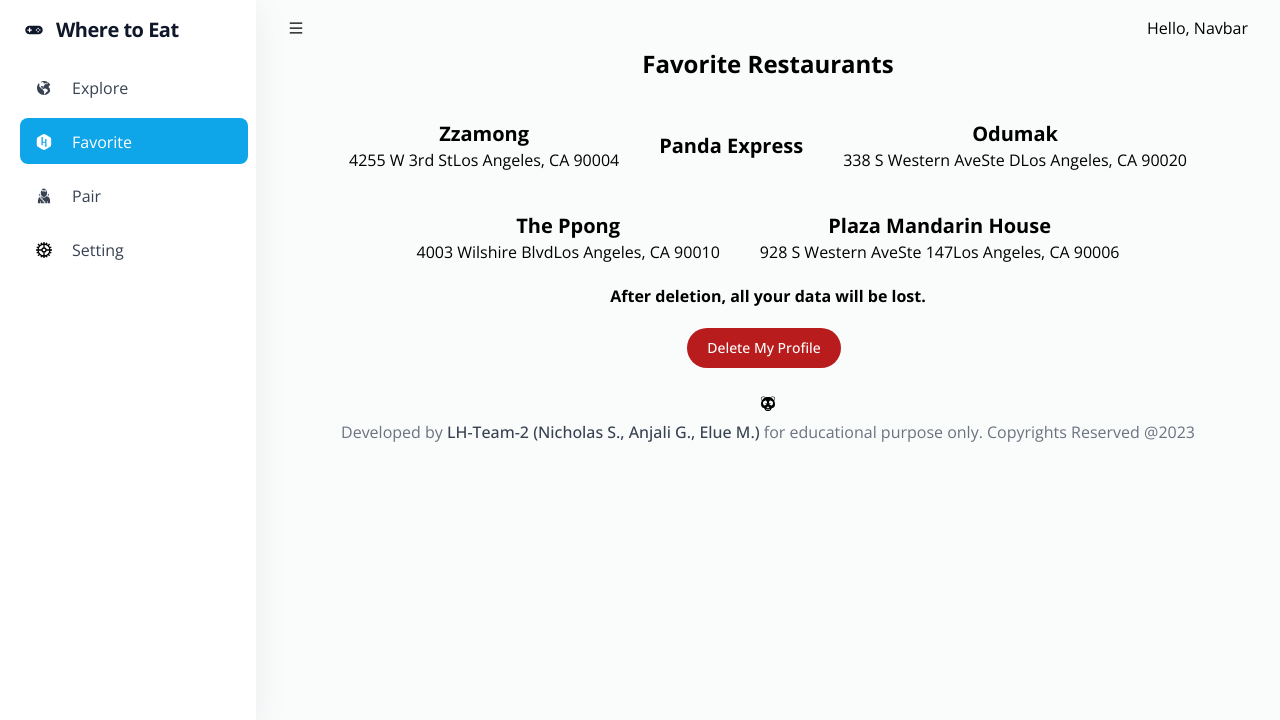
Repository: n-shen/where-to-eat
Page: /favorite (app in client/)
These files come from the project's save history. The page is drawn as it stood at one moment and after the next save; the edit follows.
The browser window is 1280 px wide. The pictures show the whole page.
The page's requests for data from a server got no answer. The project was rebuilt for these pictures with package versions that can differ from the ones it lists, and the page was loaded fresh each time. No one was signed in, and anything a server would have sent is missing. Also part of the build but not shown: client/src/data/cities.js, client/src/components/SearchForm.jsx, client/src/components/SearchResult.jsx, client/src/components/room.jsx, client/src/components/Room/Chat.jsx, client/src/components/Room/Selection.jsx, client/src/components/Room/Intro.jsx, client/src/components/Room/Game.jsx and 5 more.

Above is the page before, as saved 2023-05-05 19:48:17.

### client/src/index.js
import React from "react";
import ReactDOM from "react-dom/client";
import "./index.css";
import App from "./App";
import { ContextProvider } from "./contexts/ContextProvider";

const root = ReactDOM.createRoot(document.getElementById("root"));
root.render(
  <ContextProvider>
    <App />
  </ContextProvider>
);

### client/src/index.css
@import url('https://fonts.googleapis.com/css2?family=Open+Sans:wght@400;500;600;700&display=swap');

body {
  margin: 0;
  padding:0;
  font-family: "Open Sans", sans-serif;
}

@tailwind base;
@tailwind components;
@tailwind utilities;

### client/src/App.js
import React, { useEffect } from "react";
import { BrowserRouter, Routes, Route } from "react-router-dom";

import { Navbar, Sidebar, RoomPage } from "./components";
import {Favorite, Home} from "./pages";

import { useStateContext } from "./contexts/ContextProvider";
import "./App.css";

// import axios from "axios";

function App() {
  const { shared_info, activeMenu } = useStateContext();

  // const baseURL = shared_info.baseURL;

  return (
      <div>
        <BrowserRouter>
          <div className="flex relative dark:bg-main-dark-bg">
            {activeMenu ? (
                <div className="w-64 fixed sidebar dark:bg-secondary-dark-bg bg-white">
                  <Sidebar />
                </div>
            ) : (
                <div className="w-0 dark:bg-secondary-dark-bg">
                  <Sidebar />
                </div>
            )}

            <div
                className={`dark:bg-main-bg bg-main-bg min-h-screen w-full ${
                    activeMenu ? "md:ml-64" : " flex-2"
                }`}
            >
              <div className="fixed md:static bg-main-bg dark:bg-main-dark-bg navbar w-full">
                <Navbar />
              </div>

              <div>
                <Routes>
                  <Route path="/" element={<Home />}></Route>
                  <Route path="/favorite" element={<Favorite />}></Route>
                  <Route path="/room" element={<RoomPage />}></Route>
                </Routes>
              </div>
            </div>
          </div>
        </BrowserRouter>
      </div>
  );
}

export default App;

### client/src/contexts/ContextProvider.jsx
import React, { createContext, useContext, useState } from "react";
import { io } from "socket.io-client";

const StateContext = createContext();

const shared_info = {
  serverURL: "http://localhost:8080",
  apiURL: "http://localhost:8080/api/v1",
};

const socket = io(shared_info.serverURL);

export const ContextProvider = ({ children }) => {
  const [screenSize, setScreenSize] = useState(undefined);
  const [activeMenu, setActiveMenu] = useState(true);
  const [userProfile, setUserProfile] = useState(undefined);
  const [gameBegin, setGameBegin] = useState(false);
  const [gameIntroBegin, setGameIntroBegin] = useState(false);
  const [selectionBegin, setSelectionBegin] = useState(false);
  const [waiting, setWaiting] = useState(false);
  const [partnerReady, setPartnerReady] = useState(false);
  const [partnerAction, setPartnerAction] = useState("");
  const [displayCross, setDisplayCross] = useState(false);
  const [displayFinal, setDisplayFinal] = useState("");

  const [localStore, setLocalStore] = useState(null);

  const [queryResults, setQueryResults] = useState(null);

  return (
    <StateContext.Provider
      value={{
        socket,
        shared_info,
        userProfile,
        setUserProfile,
        activeMenu,
        setActiveMenu,
        screenSize,
        setScreenSize,
        selectionBegin,
        setSelectionBegin,
        waiting,
        setWaiting,
        gameIntroBegin,
        setGameIntroBegin,
        gameBegin,
        setGameBegin,
        partnerReady,
        setPartnerReady,
        partnerAction,
        setPartnerAction,
        displayCross,
        setDisplayCross,
        displayFinal,
        setDisplayFinal,
        queryResults,
        setQueryResults,
        localStore,
        setLocalStore,
      }}
    >
      {children}
    </StateContext.Provider>
  );
};

export const useStateContext = () => useContext(StateContext);

### client/src/components/index.js
export { default as Navbar } from "./Navbar";
export { default as Sidebar } from "./Sidebar";
export { default as Footer } from "./Footer";
export { default as SearchForm } from "./SearchForm";
export { default as SearchResult } from "./SearchResult";
export { default as RoomPage } from "./room";
export { default as Room } from "./Room/Room";

### client/src/pages/index.jsx
export { default as Home } from "./Home";
export { default as Favorite } from "./Favorite";

### client/src/App.css
.sidebar {
  box-shadow: rgb(113 122 131 / 11%) 0px 7px 30px 0px;
}
.nav-item,
.navbar {
  z-index: 10000;
}
@media  screen and (max-width:800px) {
  .sidebar{
    z-index: 10000000;
  }
}

.e-dlg-center-center, .e-quick-popup-wrapper.e-device{
  z-index: 1000000 !important;
}

::-webkit-scrollbar {
  width: 6px;
}
::-webkit-scrollbar-thumb {
  background-color: rgb(216, 216, 216);
  border-radius: 40px;
}
::-webkit-scrollbar-track {
  background-color: transparent;
}

/* color-picker style  */

#preview {
  background: transparent
  url('https://ej2.syncfusion.com/react/demos/src/color-picker/images/pen.png')
  no-repeat;
  display: inline-block;
  height: 80px;
  margin: 10px 0;
  min-width: 300px;
  max-width: 600px;
  background-color: #008000;
}

.e-input-group:not(.e-float-icon-left), .e-input-group.e-success:not(.e-float-icon-left), .e-input-group.e-warning:not(.e-float-icon-left), .e-input-group.e-error:not(.e-float-icon-left), .e-input-group.e-control-wrapper:not(.e-float-icon-left), .e-input-group.e-control-wrapper.e-success:not(.e-float-icon-left), .e-input-group.e-control-wrapper.e-warning:not(.e-float-icon-left), .e-input-group.e-control-wrapper.e-error:not(.e-float-icon-left){
  border: none;
}

### client/src/components/Navbar.jsx
import React, { useEffect } from "react";
import { useStateContext } from "../contexts/ContextProvider";
import { AiOutlineMenu } from "react-icons/ai";

const Navbar = () => {
    const { activeMenu, setActiveMenu, setScreenSize, screenSize, userProfile } =
        useStateContext();

    useEffect(() => {
        const handleResize = () => setScreenSize(window.innerWidth);

        window.addEventListener("resize", handleResize);

        handleResize();

        return () => window.removeEventListener("resize", handleResize);
    }, [setScreenSize]);

    useEffect(() => {
        if (screenSize <= 900) {
            setActiveMenu(false);
        } else {
            setActiveMenu(true);
        }
    }, [screenSize, setScreenSize, setActiveMenu]);

    const handleActiveMenu = () => setActiveMenu(!activeMenu);

    return (
        <div className="mt-2 flex justify-between p-2 md:ml-6 md:mr-6 relative">
            <button onClick={handleActiveMenu}>
                <AiOutlineMenu />
            </button>
            <div>
                <p className={screenSize >= 900 ? "" : "text-xs"}>Hello, Navbar</p>
                {userProfile && (
                    <div className="flex items-center gap-2 p-1 rounded-lg text-right">
                        <p className={screenSize >= 900 ? "" : "text-xs"}>
                            <span className="text-gray-400 text-14">Hi,</span>{" "}
                            <span className="text-gray-400 font-bold ml-1 text-14">
                {userProfile["name"]}
              </span>{" "}
                            <span className="text-gray-400 text-14">from</span>
                            <span className="text-gray-400 font-bold ml-1 text-14">
                {userProfile["city"]}
              </span>{" "}
                        </p>
                    </div>
                )}
            </div>
        </div>
    );
};

export default Navbar;

### client/src/components/Sidebar.jsx
import React from "react";
import { Link, NavLink } from "react-router-dom";
import { GiEarthAmerica, GiFrankensteinCreature } from "react-icons/gi";
import { GrSettingsOption } from "react-icons/gr";
import { IoLogoGameControllerA } from "react-icons/io";
import { FaHackerrank } from "react-icons/fa";
import { MdOutlineCancel } from "react-icons/md";
import { useStateContext } from "../contexts/ContextProvider";

const Sidebar = () => {
    const { activeMenu, setActiveMenu, screenSize } = useStateContext();

    const handleCloseSideBar = () => {
        if (activeMenu !== undefined && screenSize <= 900) {
            setActiveMenu(false);
        }
    };

    const activeLink =
        "flex items-center gap-5 pl-4 pt-3 pb-2.5 rounded-lg text-white text-md m-2 bg-sky-500/100";
    const normalLink =
        "flex items-center gap-5 pl-4 pt-3 pb-2.5 rounded-lg text-md text-gray-700 dark:text-gray-200 dark:hover:text-black hover:bg-light-gray m-2";

    return (
        <div className="ml-3 h-screen md:overflow-hidden overflow-auto md:hover:overflow-auto pb-10">
            {activeMenu && (
                <>
                    <div className="flex justify-between items-center">
                        <Link
                            to="/"
                            onClick={handleCloseSideBar}
                            className="items-center gap-3 ml-3 mt-4 flex text-xl font-extrabold tracking-tight dart:text-white text-slate-900"
                        >
                            <IoLogoGameControllerA />
                            <span>Where to Eat</span>
                        </Link>

                        <div>
                            <button
                                type="button"
                                onClick={() => setActiveMenu(!activeMenu)}
                                className="text-xl rounded-full p-3 hover:bg-light-gray mt-4 block md:hidden"
                            >
                                <MdOutlineCancel />
                            </button>
                        </div>
                    </div>
                    <div className="mt-5">
                        <NavLink
                            to="/"
                            key="Home"
                            onClick={handleCloseSideBar}
                            className={({ isActive }) => (isActive ? activeLink : normalLink)}
                        >
                            <GiEarthAmerica />
                            <span>Explore</span>
                        </NavLink>

                        <NavLink
                            to="/favorite"
                            key="Favorite"
                            onClick={handleCloseSideBar}
                            className={({ isActive }) => (isActive ? activeLink : normalLink)}
                        >
                            <FaHackerrank />
                            <span>Favorite</span>
                        </NavLink>

                        <NavLink
                            to="/room"
                            key="RoomPage"
                            onClick={handleCloseSideBar}
                            className={({ isActive }) => (isActive ? activeLink : normalLink)}
                        >
                            <GiFrankensteinCreature />
                            <span>Pair</span>
                        </NavLink>

                        <NavLink
                            to="/setting"
                            key="Setting"
                            onClick={handleCloseSideBar}
                            className={({ isActive }) => (isActive ? activeLink : normalLink)}
                        >
                            <GrSettingsOption />
                            <span>Setting</span>
                        </NavLink>
                    </div>
                </>
            )}
        </div>
    );
};

export default Sidebar;

### client/src/components/Footer.jsx
import React from "react";
import { GiPanda } from "react-icons/gi";

const Footer = () => {
    return (
        <div className="mt-5 mb-5 ">
            <div className="flex justify-center mb-2">
                <GiPanda />
            </div>

            <p className="text-center text-gray-500 dark:text-gray-400">
                Developed by{" "}
                <span className="font-medium text-gray-700 dark:text-blue-500 hover:no-underline">
          LH-Team-2 (Nicholas S., Anjali G., Elue M.)
        </span>{" "}
                for educational purpose only. Copyrights Reserved @2023
            </p>
        </div>
    );
};

export default Footer;

### client/src/pages/Favorite.jsx
import React, { useState } from "react";
import { useStateContext } from "../contexts/ContextProvider";
import { Footer } from "../components";
import axios from "axios";

export const restaurants = [
  {
    id: 1,
    name: "Zzamong",
    image: "https://s3-media2.fl.yelpcdn.com/bphoto/6AUVIwPCv8wCZ9FYeCfocw/o.jpg",
    address: [
      "4255 W 3rd St",
      "Los Angeles, CA 90004"
  ],
  },
  {
    name: "Panda Express",
    image: "https://s3-media4.fl.yelpcdn.com/bphoto/44dT6JEXkhMrtUcps1a5jw/o.jpg",
    id: 2,
  },
  {
    id: 3,
    name: "Odumak",
    image: "https://s3-media1.fl.yelpcdn.com/bphoto/hKaezVO6_0F50RXmfH7WBQ/o.jpg",
    address: [
      "338 S Western Ave",
      "Ste D",
      "Los Angeles, CA 90020"
  ],
  },
  {
    id: 4,
    name: "The Ppong",
    image: "https://s3-media3.fl.yelpcdn.com/bphoto/Li5i5N_Y7VwLTsJvLA2pKw/o.jpg",
    address: [
      "4003 Wilshire Blvd",
      "Los Angeles, CA 90010"
  ],
  },
  {
    id: 5,
    name: "Plaza Mandarin House",
    image: "https://s3-media1.fl.yelpcdn.com/bphoto/1nVrf8ItPD0dF_97JGQEzw/o.jpg",
    address: [
      "928 S Western Ave",
      "Ste 147",
      "Los Angeles, CA 90006"
  ],
  },
];

const Favorite = () => {
  const { shared_info, screenSize, userProfile } = useStateContext();
  const baseURL = shared_info.baseURL;

  return (
    <div className={screenSize >= 900 ? "mt-0" : "mt-16"}>
      <h1 className="text-center font-bold text-2xl mb-5">
        Favorite Restaurants
      </h1>
      <FavoriteList />
      <h2 className="text-center font-bold">
        After deletion, all your data will be lost.
      </h2>
      <div className="flex justify-center">
        <button
          type="button"
          className="mt-5 text-white bg-red-700 hover:bg-red-800 focus:outline-none focus:ring-4 focus:ring-red-300 font-medium rounded-full text-sm px-5 py-2.5 text-center mr-2 mb-2 dark:bg-red-600 dark:hover:bg-red-700 dark:focus:ring-red-900"
        >
          Delete My Profile
        </button>
      </div>

      <Footer />
    </div>
  );
};

export default Favorite;

export const FavoriteList = () => {
  return (
    <div className="flex flex-col items-center justify-center">
      <ul className="flex flex-wrap justify-center">
        {restaurants.map((restaurant, index) => (
          <li
            key={index}
            className="flex flex-col items-center justify-center m-5"
          >
            {/* <img
              src={restaurant.image}
              alt={restaurant.alt}
              className="bg-black w-64 h-64 object-cover shadow-md rounded"
            /> */}
            <h2
              htmlFor={restaurant.name}
              className="text-xl font-bold text-center"
            >
              {restaurant.name}
            </h2>
            <p>{restaurant.address}</p>
          </li>
        ))}
      </ul>
    </div>
  );
};

### client/tailwind.config.js
/** @type {import('tailwindcss').Config} */
module.exports = {
    content: ["./src/**/*.{js,jsx,ts,tsx}"],
    darkMode: "class",
    theme: {
        fontFamily: {
            display: ["Open Sans", "sans-serif"],
            body: ["Open Sans", "sans-serif"],
        },
        extend: {
            fontSize: {
                14: "14px",
            },
            backgroundColor: {
                "main-bg": "#FAFBFB",
                "main-dark-bg": "#20232A",
                "secondary-dark-bg": "#33373E",
                "light-gray": "#F7F7F7",
                "half-transparent": "rgba(0, 0, 0, 0.5)",
            },
            borderWidth: {
                1: "1px",
            },
            borderColor: {
                color: "rgba(0, 0, 0, 0.1)",
            },
            width: {
                400: "400px",
                760: "760px",
                780: "780px",
                800: "800px",
                1000: "1000px",
                1200: "1200px",
                1400: "1400px",
            },
            height: {
                80: "80px",
            },
            minHeight: {
                590: "590px",
            },
        },
    },
    plugins: [],
};

Loaded but not shown: client/public/index.html (common file)

After the next save:
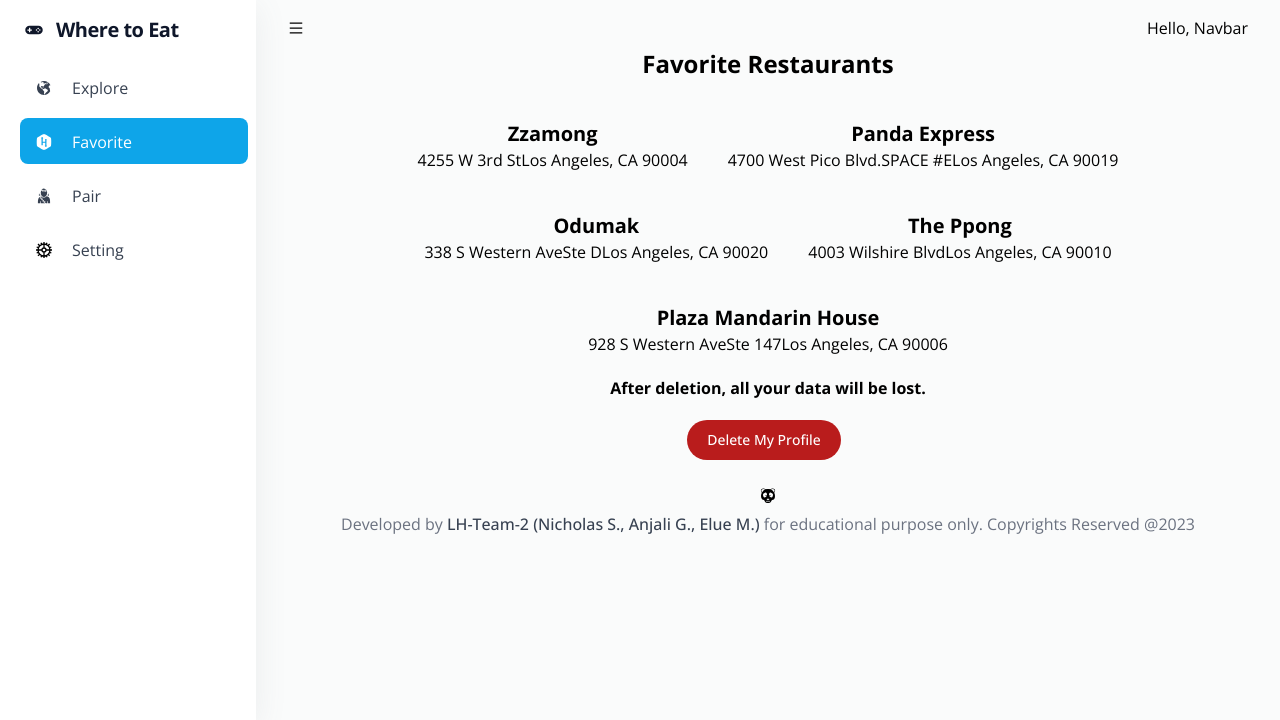
Saved 32 s later.
--- a/client/src/pages/Favorite.jsx
+++ b/client/src/pages/Favorite.jsx
@@ -14,9 +14,14 @@
   ],
   },
   {
+    id: 2,
     name: "Panda Express",
     image: "https://s3-media4.fl.yelpcdn.com/bphoto/44dT6JEXkhMrtUcps1a5jw/o.jpg",
-    id: 2,
+    address:  [
+      "4700 West Pico Blvd.",
+      "SPACE #E",
+      "Los Angeles, CA 90019"
+  ],
   },
   {
     id: 3,
